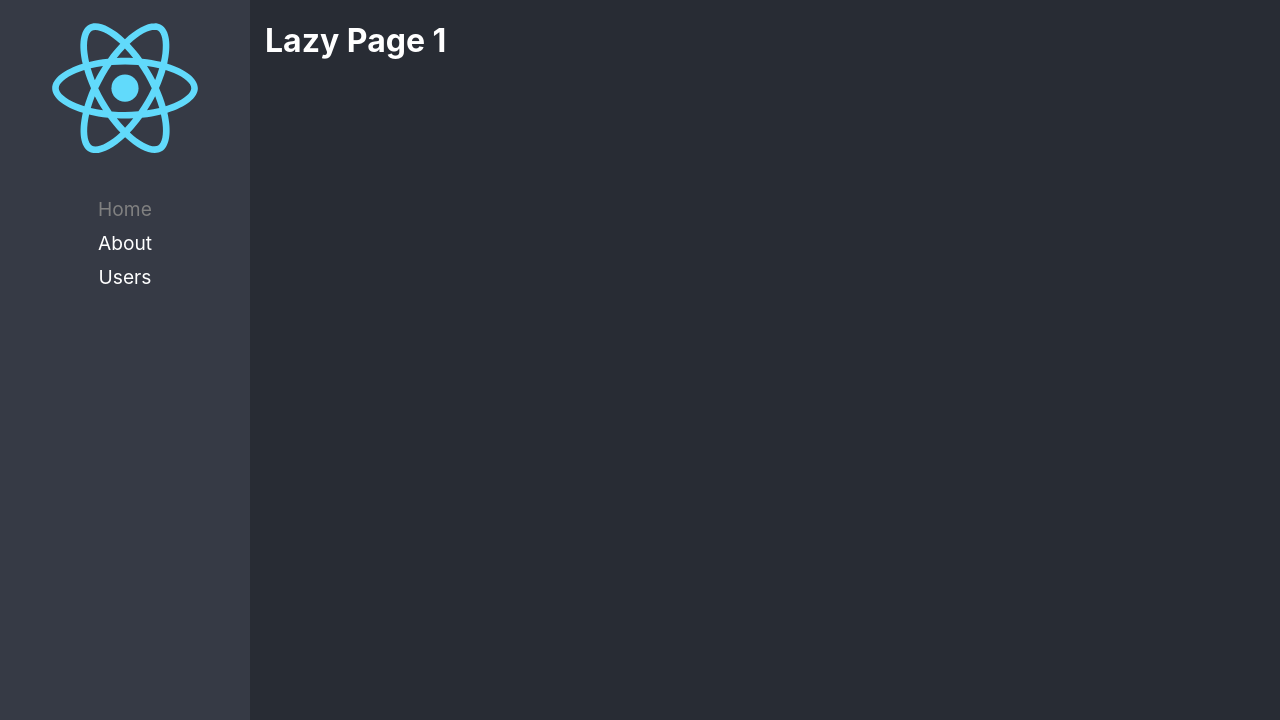
Repository: iv4n89/react-adv
Page: /
These files come from the project's save history. The page is drawn as it stood at one moment and after the next save; the edit follows.
The browser window is 1280 px wide. The pictures show the whole page.
The project was rebuilt for these pictures with package versions that can differ from the ones it lists, and the page was loaded fresh each time. Also part of the build but not shown: src/01-lazyload/pages/LazyPage2.tsx, src/01-lazyload/pages/LazyPage13.tsx.

Above is the page before, as saved 2022-03-20 01:57:04.

### src/routes/Navigation.tsx
import { BrowserRouter as Router} from 'react-router-dom';
import { Routes, Route, NavLink, Navigate } from 'react-router-dom'
import { LazyPage1 } from '../01-lazyload/pages/LazyPage1';
import { LazyPage2 } from '../01-lazyload/pages/LazyPage2';

import logo from '../logo.svg';
import { LazyPage3 } from '../01-lazyload/pages/LazyPage13';

export const Navigation = () => {
  return (
    <Router>
      <div className="main-layout">
        <nav>
            <img src={ logo } alt="React Logo" />
          <ul>
            <li>
              <NavLink to="/lazy1" className={ ({ isActive }) => isActive ? 'nav-active' : '' }>Home</NavLink>
            </li>
            <li>
              <NavLink to="/lazy2" className={ ({ isActive }) => isActive ? 'nav-active' : '' }>About</NavLink>
            </li>
            <li>
              <NavLink to="/lazy3" className={ ({ isActive }) => isActive ? 'nav-active' : '' }>Users</NavLink>
            </li>
          </ul>
        </nav>

        {/* A <Switch> looks through its children <Route>s and
            renders the first one that matches the current URL. */}
        {/* <Switch>
          <Route path="/about">
            <h1>About</h1>
          </Route>
          <Route path="/users">
            <h1>Users</h1>
          </Route>
          <Route path="/">
            <h1>Home</h1>
          </Route>
        </Switch> */}

        <Routes>
          <Route path='lazy1' element={ <LazyPage1 /> } />
          <Route path='lazy2' element={ <LazyPage2 /> } />
          <Route path='lazy3' element={ <LazyPage3 /> } />

          <Route path='/*' element={ <Navigate to='/lazy1' replace /> } />
        </Routes>
      </div>
    </Router>
  );
}

### src/01-lazyload/pages/LazyPage1.tsx
import React from 'react'

export const LazyPage1 = () => {
  return (
    <h1>Lazy Page 1</h1>
  )
}

Loaded but not shown: public/index.html (common file); src/index.tsx (common file); src/index.css (common file); src/App.tsx (common file); src/reportWebVitals.ts (common file)

After the next save:
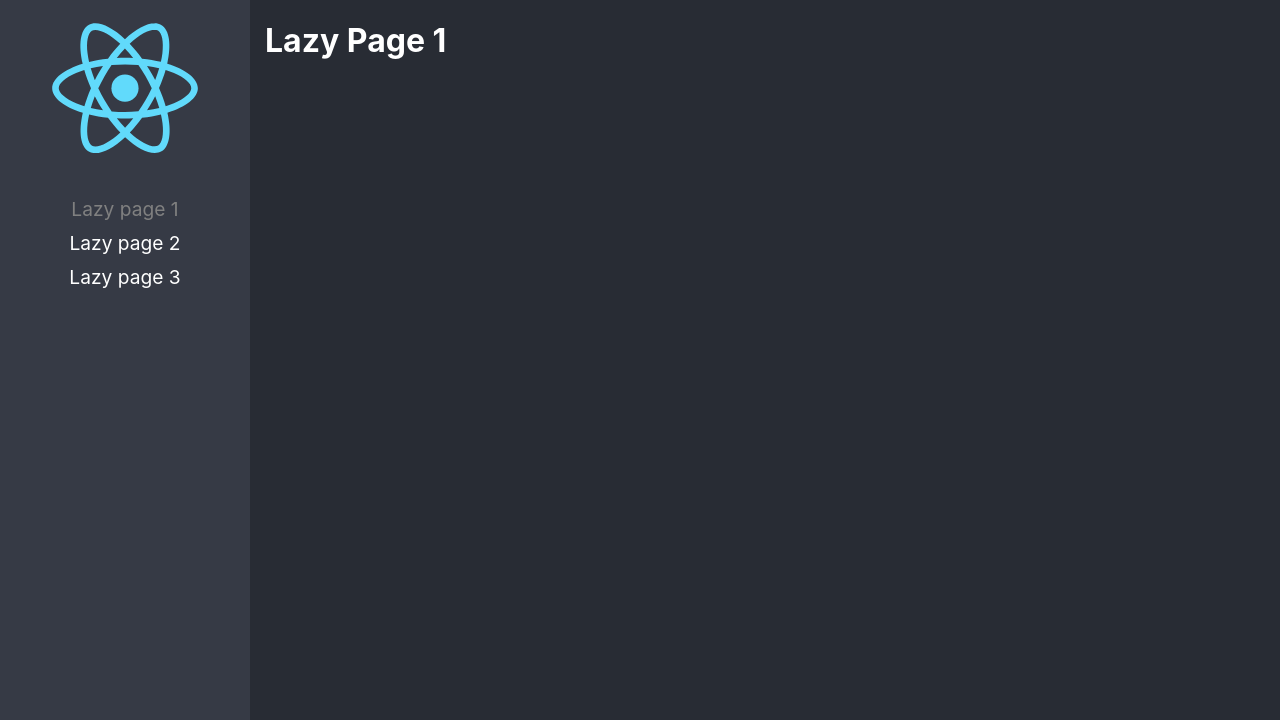
Saved 97 s later.
--- a/src/routes/Navigation.tsx
+++ b/src/routes/Navigation.tsx
@@ -14,13 +14,13 @@
             <img src={ logo } alt="React Logo" />
           <ul>
             <li>
-              <NavLink to="/lazy1" className={ ({ isActive }) => isActive ? 'nav-active' : '' }>Home</NavLink>
+              <NavLink to="/lazy1" className={ ({ isActive }) => isActive ? 'nav-active' : '' }>Lazy page 1</NavLink>
             </li>
             <li>
-              <NavLink to="/lazy2" className={ ({ isActive }) => isActive ? 'nav-active' : '' }>About</NavLink>
+              <NavLink to="/lazy2" className={ ({ isActive }) => isActive ? 'nav-active' : '' }>Lazy page 2</NavLink>
             </li>
             <li>
-              <NavLink to="/lazy3" className={ ({ isActive }) => isActive ? 'nav-active' : '' }>Users</NavLink>
+              <NavLink to="/lazy3" className={ ({ isActive }) => isActive ? 'nav-active' : '' }>Lazy page 3</NavLink>
             </li>
           </ul>
         </nav>
